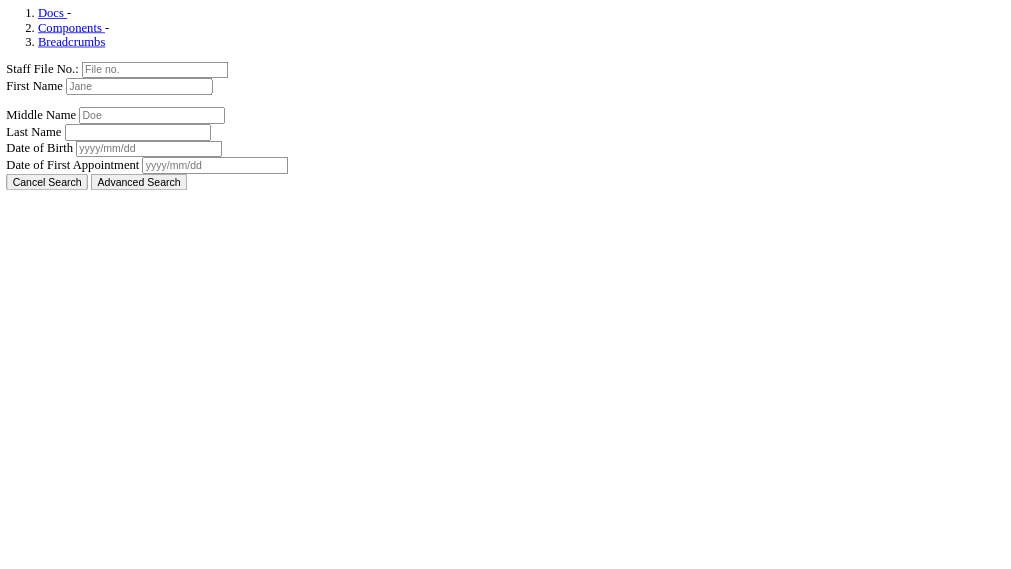
Repository: aknessy/office-helper
Page: http://localhost/app/Views/home/manual.php
An editor plug-in stored every save of this project. The page is shown before and after the next save, followed by the edit.
The browser window is 1280 px wide. The pictures show the whole page, at 79% of full size.
The page is run by PHP 8.4 with error messages shown; the project is at /var/www/html/.

Above is the page before, as saved 2023-08-06 01:29:17.

After the next save:
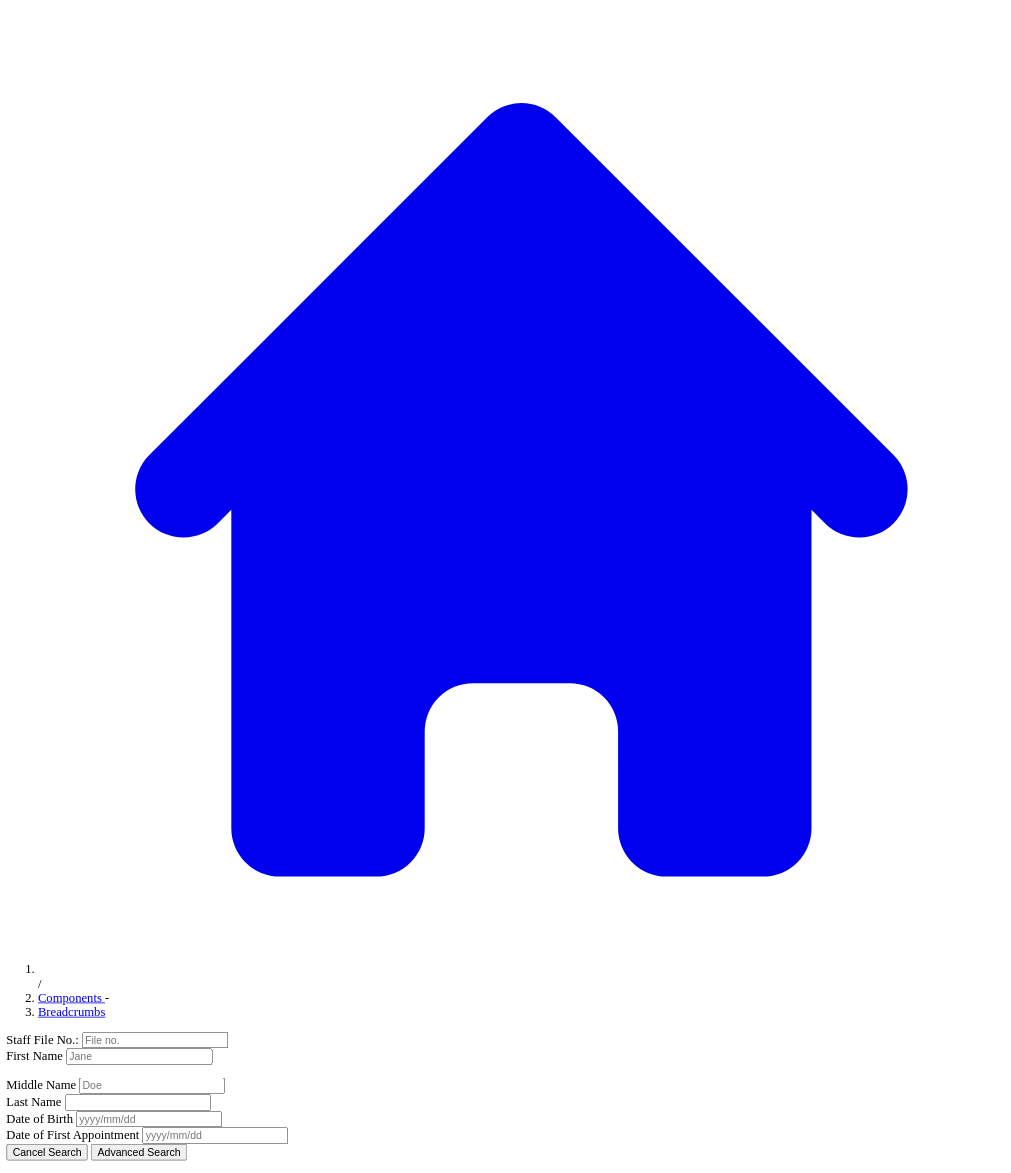
Saved 100 s later.
--- a/app/Views/home/manual.php
+++ b/app/Views/home/manual.php
@@ -3,10 +3,17 @@
     <ol class="flex w-full flex-wrap items-center rounded-md bg-blue-gray-50 bg-opacity-60 py-2 px-4">
       <li class="flex cursor-pointer items-center font-sans text-sm font-normal leading-normal text-blue-gray-900 antialiased transition-colors duration-300 hover:text-pink-500">
         <a class="opacity-60" href="#">
-          <span>Docs</span>
+          <svg
+            xmlns="http://www.w3.org/2000/svg"
+            class="h-4 w-4"
+            viewBox="0 0 20 20"
+            fill="currentColor"
+          >
+            <path d="M10.707 2.293a1 1 0 00-1.414 0l-7 7a1 1 0 001.414 1.414L4 10.414V17a1 1 0 001 1h2a1 1 0 001-1v-2a1 1 0 011-1h2a1 1 0 011 1v2a1 1 0 001 1h2a1 1 0 001-1v-6.586l.293.293a1 1 0 001.414-1.414l-7-7z"></path>
+          </svg>
         </a>
         <span class="pointer-events-none mx-2 select-none font-sans text-sm font-normal leading-normal text-blue-gray-500 antialiased">
-          -
+          /
         </span>
       </li>
       <li class="flex cursor-pointer items-center font-sans text-sm font-normal leading-normal text-blue-gray-900 antialiased transition-colors duration-300 hover:text-pink-500">
